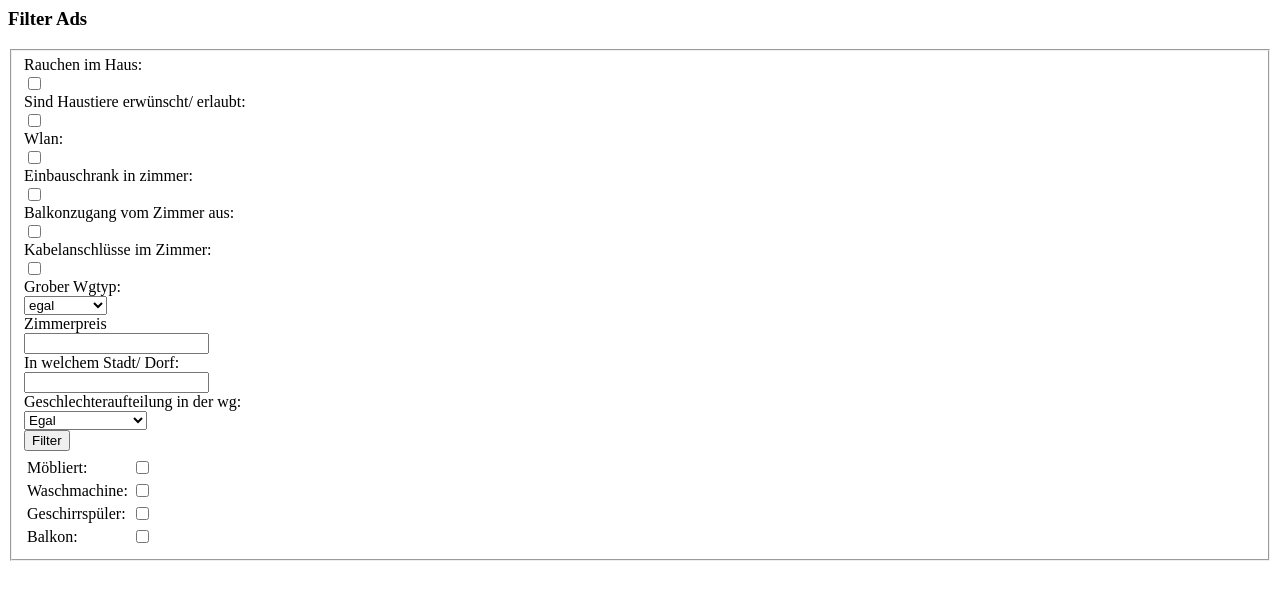
Repository: ese-unibe-ch/ese2014-team2
Page: http://localhost/Skeleton/pages/template/filter.jsp
The author's editor kept a copy of each file at every save. The page is drawn from the files as they stood at one save, then again after the next save.
The browser window is 1280 px wide. The pictures show the whole page.
The page is served by Tomcat 9. Nobody is signed in. The application's start-up code is not run. Other server files are loaded and not shown. The template is opened directly, without the code that normally fills it, so the values that code supplies are empty.

Above is the page before, as saved 2014-10-30 16:36:37.

### Skeleton/src/main/webapp/pages/template/filter.jsp
<%@ page language="java" pageEncoding="UTF-8" contentType="text/html;charset=utf-8" %>
<%@ taglib prefix="c" uri="http://java.sun.com/jsp/jstl/core" %>
<%@ taglib prefix="form" uri="http://www.springframework.org/tags/form" %>
<%@ taglib prefix="spring" uri="http://www.springframework.org/tags" %>

<div class="main">
	<div class="col-sm-12">
    	<div class="panel panel-default">
        	<div class="panel-heading">
            	<h3 class="panel-title">Filter Ads</h3>
            </div>
            <div class="panel-body">
              <form:form method="post" modelAttribute="filterForm" action="filterAds" id="filterForm" cssClass="form-horizontal" autocomplete="off" enctype="multipart/form-data">
		<fieldset>
			<table>
				<tr>
					<td></td>
					<td></td>
				</tr>

				<tr>
					<td>
						<label class="control-label" for="field-furnished">Möbliert:</label>
					</td>
					<td><div class="controls">
							<form:checkbox	path="furnished" id="field-furnished" tabindex="1" />
						</div>
					</td>
				</tr>

				<tr>
					<td>
						<label class="control-label" for="field-Laundry">Waschmachine:</label>
					</td>
					<td>
						<div class="controls">
							<form:checkbox	path="hasLaundry" id="field-Laundry" tabindex="2" />
						</div>
					</td>
				</tr>

				<tr>
					<td>
						<label class="control-label" for="field-Dishwasher">Geschirrspüler:</label>
					</td>
					<td>
						<div class="controls">
							<form:checkbox	path="hasDishwasher" id="field-Dishwasher" tabindex="3" />
						</div>
					</td>
				</tr>

				<tr>
					<td>
						<label class="control-label" for="field-Balcony">Balkon:</label>
					</td>
					<td>
						<div class="controls">
							<form:checkbox	path="hasBalcony" id="field-Balcony" tabindex="4" />
						</div>
					</td>
				</tr>













						<label class="control-label" for="field-smokingInside">Rauchen im Haus:</label>
						<div class="controls">
						<form:checkbox	path="smokingInside" id="field-smokingInside" tabindex="5" />
						</div>

						<label class="control-label" for="field-pets">Sind Haustiere erwünscht/ erlaubt:</label>
						<div class="controls">
						<form:checkbox	path="hasPets" id="field-pets" tabindex="6" />
						</div>


						<label class="control-label" for="field-wlan">Wlan:</label>
						<div class="controls">
						<form:checkbox	path="wlan" id="field-wlan" tabindex="7" />
						</div>


						<label class="control-label" for="field-closet">Einbauschrank in zimmer:</label>
						<div class="controls">
						<form:checkbox	path="hasBuiltInCloset" id="field-closet" tabindex="8" />
						</div>


					 </div>

					 <div class="controls-right">
						<label class="control-label" for="field-isToBalcony">Balkonzugang vom Zimmer aus:</label>
						<div class="controls">
						<form:checkbox	path="toBalcony" id="field-isToBalcony" tabindex="9" />
						</div>


						<label class="control-label" for="field-Cables">Kabelanschlüsse im Zimmer:</label>
						<div class="controls">
						<form:checkbox	path="hasCables" id="field-Cables" tabindex="10" />
						</div>


						<label class="control-label" for="field-wgType">Grober Wgtyp:</label>
						<div class="controls">
							<form:select path="wgType" id="field-wgType"
								tabindex="7">
								<option value="undef">egal</option>
								<option value="wild">eher wild</option>
								<option value="calm">eher ruhig</option>


							</form:select>
						</div>


						<label class="control-label" for="field-roomPrice">Zimmerpreis</label>
						<div class="controls">
						<form:input path="roomPrice" id="field-roomPrice" tabindex="11"
					maxlength="10" />
					 	</div>



						<label class="control-label" for="field-city">In welchem Stadt/ Dorf:</label>
						<div class="controls">
						<form:input path="city" id="field-city" tabindex="12"
					maxlength="10" />
						</div>

						<label class="control-label" for="field-wgGender">Geschlechteraufteilung in der wg: </label>

						<div class="controls">
							<form:select path="wgGender" id="field-wgGender"
								tabindex="13">
								<option value="dontcare"> Egal</option>
								<option value="female">Reine Frauenwg</option>
								<option value="male">Reine Männerwg</option>


							</form:select>
						</div>
					 		<button type="submit" class="btnpink">Filter</button>
						</div>
			</table>
		</fieldset>
		</form:form>
            </div>
          </div>





</div>

After the next save:
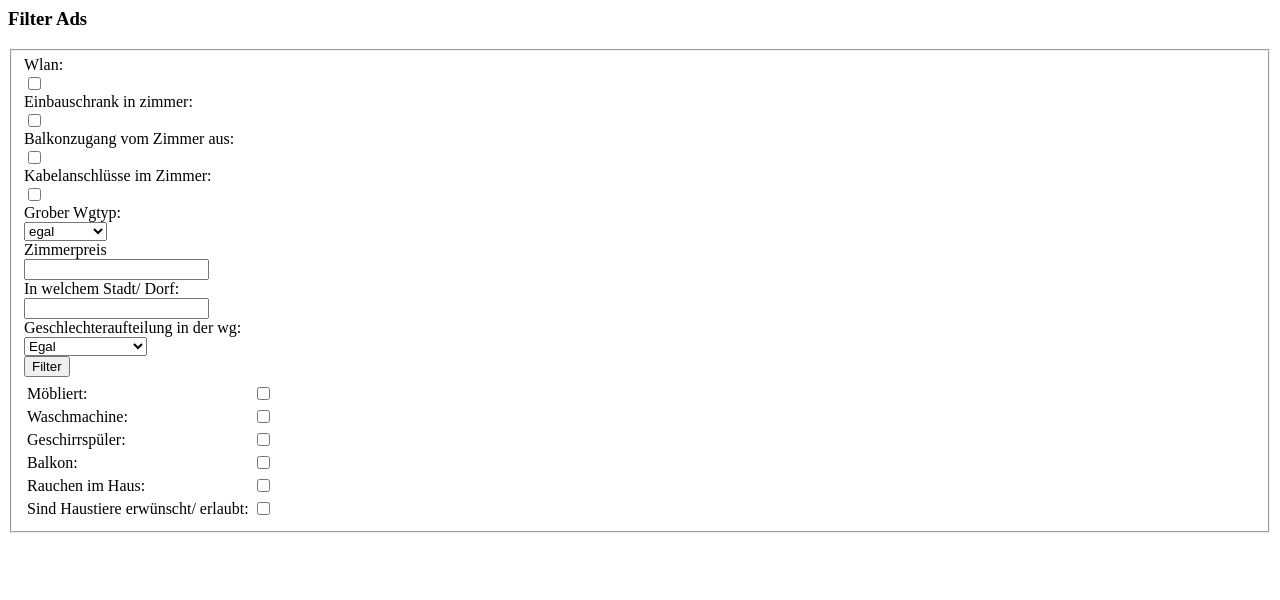
Saved 63 s later.
--- a/Skeleton/src/main/webapp/pages/template/filter.jsp
+++ b/Skeleton/src/main/webapp/pages/template/filter.jsp
@@ -61,6 +61,27 @@
 					</td>
 				</tr>
 
+				<tr>
+					<td>
+						<label class="control-label" for="field-smokingInside">Rauchen im Haus:</label>
+					</td>
+					<td>
+						<div class="controls">
+							<form:checkbox	path="smokingInside" id="field-smokingInside" tabindex="5" />
+						</div>
+					</td>
+				</tr>
+
+				<tr>
+					<td>
+						<label class="control-label" for="field-pets">Sind Haustiere erwünscht/ erlaubt:</label>
+					</td>
+					<td>
+						<div class="controls">
+							<form:checkbox	path="hasPets" id="field-pets" tabindex="6" />
+						</div>
+					</td>
+				</tr>
 
 
 
@@ -73,15 +94,8 @@
 
 
 
-						<label class="control-label" for="field-smokingInside">Rauchen im Haus:</label>
-						<div class="controls">
-						<form:checkbox	path="smokingInside" id="field-smokingInside" tabindex="5" />
-						</div>
 
-						<label class="control-label" for="field-pets">Sind Haustiere erwünscht/ erlaubt:</label>
-						<div class="controls">
-						<form:checkbox	path="hasPets" id="field-pets" tabindex="6" />
-						</div>
+
 
 
 						<label class="control-label" for="field-wlan">Wlan:</label>
